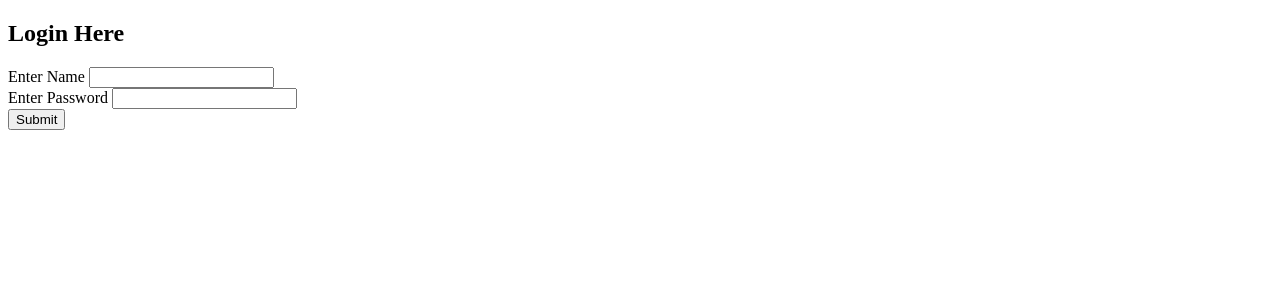
Repository: Mehakbatra496/Eclipse-Workspace
Page: A1_PracticeWebApp/src/main/webapp/index1.html
The author's editor kept a copy of each file at every save. The page is drawn from the files as they stood at one save, then again after the next save.
The browser window is 1280 px wide. The pictures show the whole page.

Above is the page before, as saved 2024-04-24 06:55:02.

After the next save:
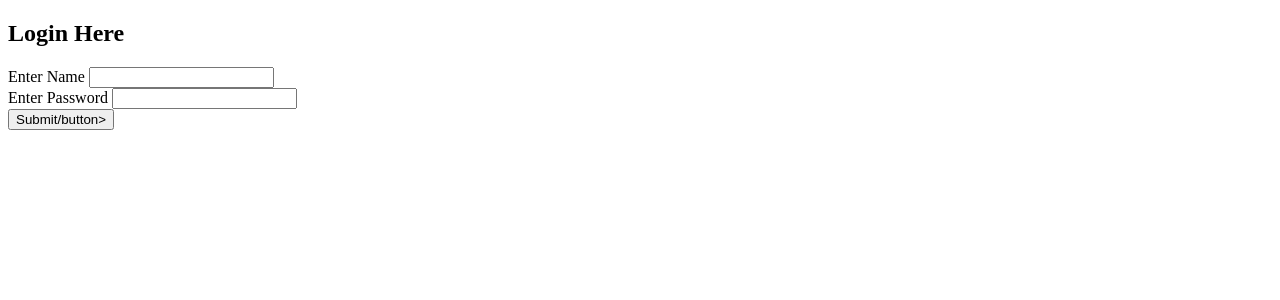
Saved 31 h 42 min later.
--- a/A1_PracticeWebApp/src/main/webapp/index1.html
+++ b/A1_PracticeWebApp/src/main/webapp/index1.html
@@ -21,7 +21,7 @@
 
 	<br>
 
-<button>Submit</button>
+<button>Submit/button>
 
 	</form>
 
